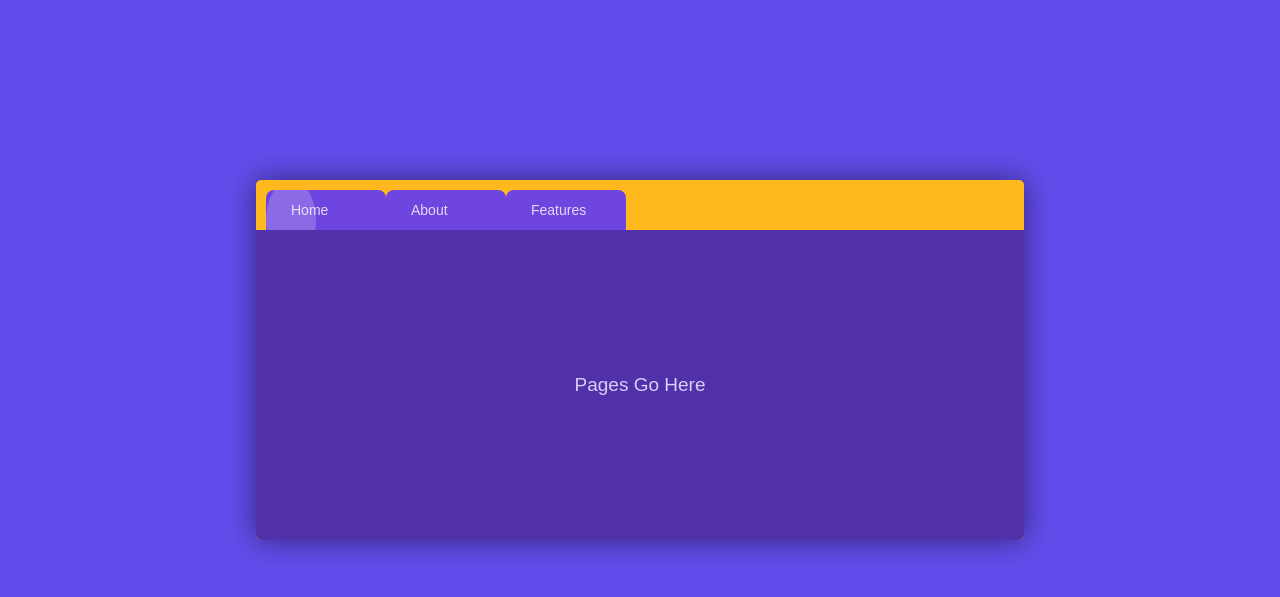
Repository: realistmccoy/browsertab
Page: /
These files come from the project's save history. The page is drawn as it stood at one moment and after the next save; the edit follows.
The browser window is 1280 px wide. The pictures show the whole page.
The project was rebuilt for these pictures with package versions that can differ from the ones it lists, and the page was loaded fresh each time.

Above is the page before, as saved 2020-12-21 18:23:47.

### src/App.js
import React from 'react';
import './App.css';

function App() {
	return (
		<div className='app'>
			<div className='browser'>
				<div className='tabs'>
					<div className='tab'>
						<div className='highlight' />
						<a>Home</a>
					</div>
					<div className='tab'>
						<a>About</a>
					</div>
					<div className='tab'>
						<a>Features</a>
					</div>
				</div>

				<div className='viewport'>Pages Go Here</div>
			</div>
		</div>
	);
}

export default App;

### src/App.css
* {
	box-sizing: border-box;
}

body {
	font-family: Arial, Helvetica, sans-serif;
	font-size: 19px;
	margin: 0;
	padding: 0;
}

.app {
	display: flex;
	align-items: center;
	justify-content: center;
	background: #634cec;
	min-height: 100vh;
}

.browser {
	display: flex;
	flex-direction: column;
	background: #ffb91f;
	border-radius: 5px;
	box-shadow: 0 0 30px rgba(0, 0, 0, 0.5);
	min-width: 60%;
	min-height: 50vh;
}

.tabs {
	flex-shrink: 1;
	padding-left: 10px;
	padding-right: 10px;
	display: flex;
	padding-top: 10px;
}

.tab {
	position: relative;
	background: #6e45df;
	min-width: 120px;
	font-size: 14px;
	border-top-left-radius: 8px;
	border-top-right-radius: 8px;
	transition: 0.3s ease all;
	overflow: hidden;
	cursor: pointer;
}

.tab a {
	display: block;
	padding: 12px 25px;
	color: #e1daf5;
	text-decoration: none;
}

.tab a.is-active {
	background: #5131a9;
	color: #eee;
}

.address-bar {
	background: #5533b3;
	padding: 8px;
}

.address-bar input {
	background: #3a2081;
	color: #eee;
	border-radius: 20px;
	border: none;
	outline: none;
	width: 100%;
	padding: 8px 20px;
	font-size: 18px;
}

.viewport {
	display: flex;
	align-items: center;
	justify-content: center;
	background: #5131a9;
	color: #dacff7;
	flex: 1;
	flex-grow: 1;
	border-bottom-left-radius: 5px;
	border-bottom-right-radius: 5px;
}

/**
 * Add your highlight code here
 */

.highlight {
	display: block;
	position: absolute;
	height: 80px;
	width: 50px;
	top: -10px;
	border-radius: 50%;
	opacity: 0.2;
	pointer-events: none;
	background: white;
}

Loaded but not shown: public/index.html (common file); src/index.js (common file)

After the next save:
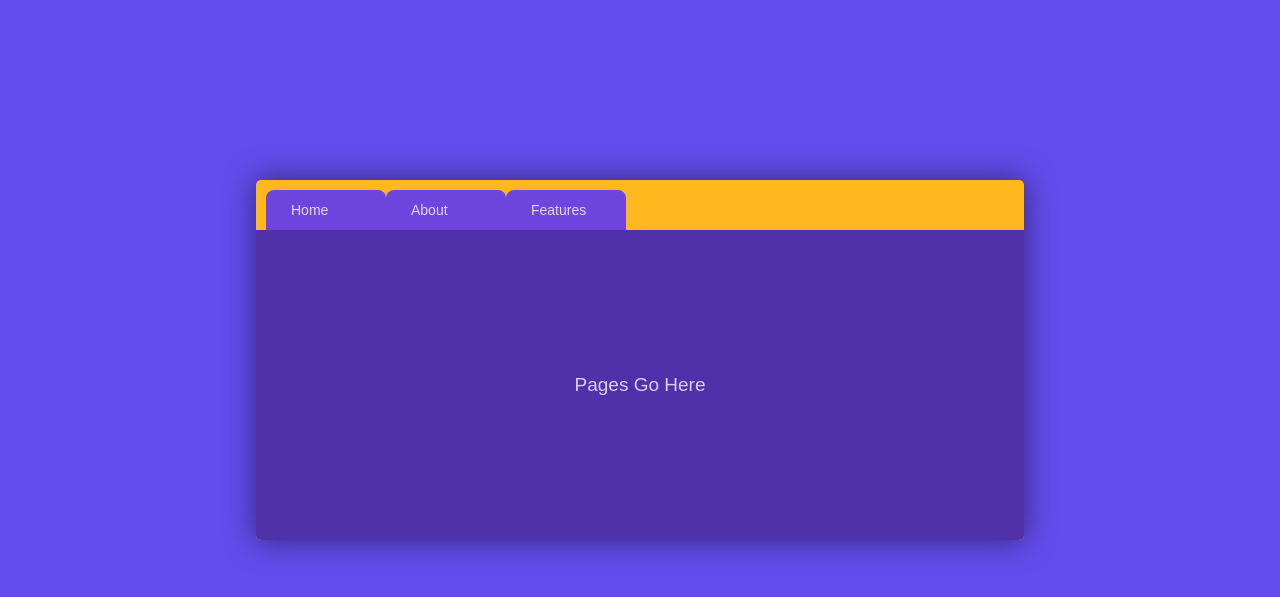
Saved 10 s later.
--- a/src/App.css
+++ b/src/App.css
@@ -100,5 +100,5 @@ body {
 	border-radius: 50%;
 	opacity: 0.2;
 	pointer-events: none;
-	background: white;
+	background:radial-gradient();
 }
